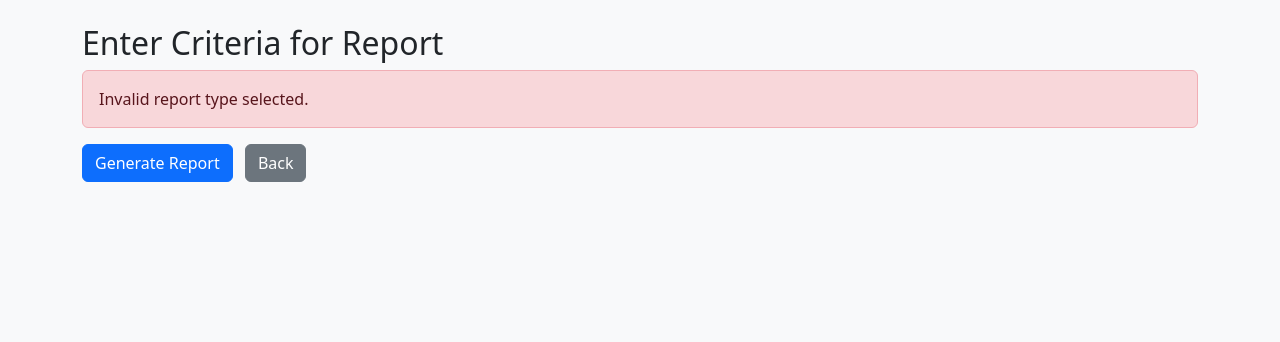
Repository: srushtinb/ProductManagementSystem
Page: http://localhost/ProductManagementSystem/report_form.jsp
The author's editor kept a copy of each file at every save. The page is drawn from the files as they stood at one save, then again after the next save.
The browser window is 1280 px wide. The pictures show the whole page.
Some web libraries are served in a nearby version. The page is served by Tomcat 9.

Above is the page before, as saved 2025-05-27 20:21:54.

After the next save:
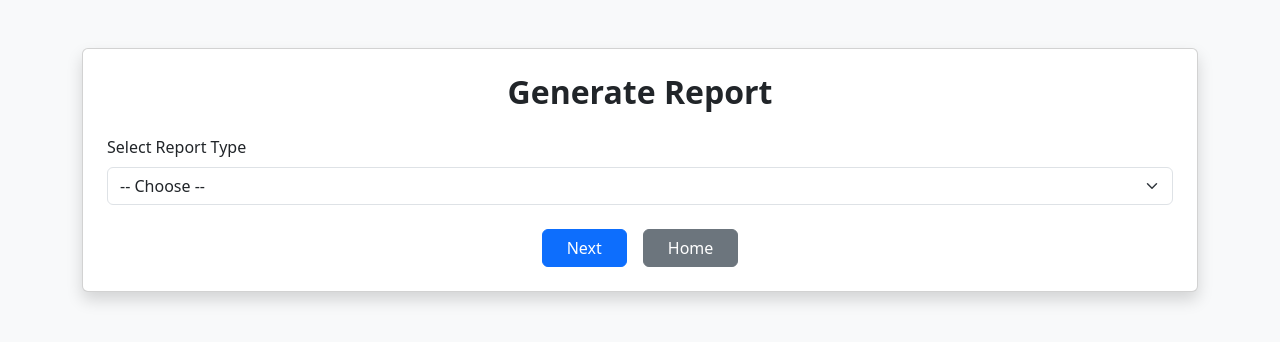
Saved 4 min 31 s later.
--- a/ProductManagementSystem/src/main/webapp/report_form.jsp
+++ b/ProductManagementSystem/src/main/webapp/report_form.jsp
@@ -1,52 +1,34 @@
 <%@ page contentType="text/html;charset=UTF-8" language="java" %>
-<%
-    String type = (String) request.getAttribute("type");
-%>
 <!DOCTYPE html>
 <html lang="en">
 <head>
-    <title>Report Criteria</title>
+    <meta charset="UTF-8">
+    <title>Reports</title>
     <link href="https://cdn.jsdelivr.net/npm/bootstrap@5.4.3/dist/css/bootstrap.min.css" rel="stylesheet">
 </head>
 <body class="bg-light">
-<div class="container py-4">
-    <h2>Enter Criteria for Report</h2>
-    <form action="ReportServlet" method="post" class="needs-validation" novalidate>
-        <input type="hidden" name="type" value="<%= type %>"/>
-        <%
-            if ("price".equals(type)) {
-        %>
+<div class="container py-5">
+    <div class="card shadow p-4">
+        <h2 class="text-center fw-bold mb-4">Generate Report</h2>
+
+        <form action="reportcriteria.jsp" method="post" class="needs-validation" novalidate>
             <div class="mb-3">
-                <label for="price" class="form-label">Price Greater Than ($)</label>
-                <input type="number" step="0.01" class="form-control" id="price" name="price" required min="0">
-                <div class="invalid-feedback">Please enter a valid price.</div>
+                <label for="type" class="form-label">Select Report Type</label>
+                <select class="form-select" id="type" name="type" required>
+                    <option value="">-- Choose --</option>
+                    <option value="price">Price > Given Value</option>
+                    <option value="category">By Category</option>
+                    <option value="top">Top N Products by Quantity</option>
+                </select>
+                <div class="invalid-feedback">Please select a report type.</div>
             </div>
-        <%
-            } else if ("category".equals(type)) {
-        %>
-            <div class="mb-3">
-                <label for="category" class="form-label">Category</label>
-                <input type="text" class="form-control" id="category" name="category" required maxlength="50">
-                <div class="invalid-feedback">Please enter category.</div>
+
+            <div class="d-flex justify-content-center mt-4">
+                <button type="submit" class="btn btn-primary px-4">Next</button>
+                <a href="home.jsp" class="btn btn-secondary ms-3 px-4">Home</a>
             </div>
-        <%
-            } else if ("top".equals(type)) {
-        %>
-            <div class="mb-3">
-                <label for="limit" class="form-label">Top N Products (Quantity)</label>
-                <input type="number" class="form-control" id="limit" name="limit" required min="1" max="100">
-                <div class="invalid-feedback">Please enter a valid number between 1 and 100.</div>
-            </div>
-        <%
-            } else {
-        %>
-            <div class="alert alert-danger">Invalid report type selected.</div>
-        <%
-            }
-        %>
-        <button type="submit" class="btn btn-primary">Generate Report</button>
-        <a href="reports.jsp" class="btn btn-secondary ms-2">Back</a>
-    </form>
+        </form>
+    </div>
 </div>
 
 <script>

After the save that followed:
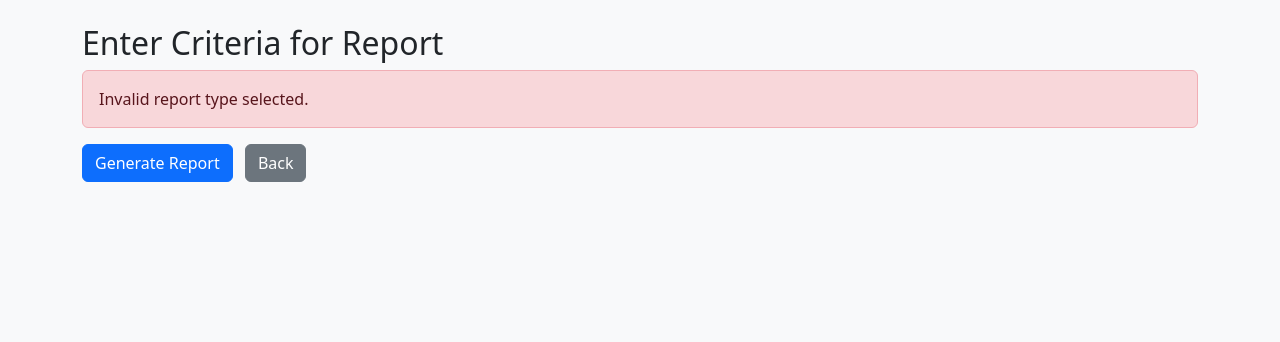
Saved 27 s later.
--- a/ProductManagementSystem/src/main/webapp/report_form.jsp
+++ b/ProductManagementSystem/src/main/webapp/report_form.jsp
@@ -1,34 +1,52 @@
 <%@ page contentType="text/html;charset=UTF-8" language="java" %>
+<%
+    String type = (String) request.getAttribute("type");
+%>
 <!DOCTYPE html>
 <html lang="en">
 <head>
-    <meta charset="UTF-8">
-    <title>Reports</title>
+    <title>Report Criteria</title>
     <link href="https://cdn.jsdelivr.net/npm/bootstrap@5.4.3/dist/css/bootstrap.min.css" rel="stylesheet">
 </head>
 <body class="bg-light">
-<div class="container py-5">
-    <div class="card shadow p-4">
-        <h2 class="text-center fw-bold mb-4">Generate Report</h2>
-
-        <form action="reportcriteria.jsp" method="post" class="needs-validation" novalidate>
+<div class="container py-4">
+    <h2>Enter Criteria for Report</h2>
+    <form action="ReportServlet" method="post" class="needs-validation" novalidate>
+        <input type="hidden" name="type" value="<%= type %>"/>
+        <%
+            if ("price".equals(type)) {
+        %>
             <div class="mb-3">
-                <label for="type" class="form-label">Select Report Type</label>
-                <select class="form-select" id="type" name="type" required>
-                    <option value="">-- Choose --</option>
-                    <option value="price">Price > Given Value</option>
-                    <option value="category">By Category</option>
-                    <option value="top">Top N Products by Quantity</option>
-                </select>
-                <div class="invalid-feedback">Please select a report type.</div>
+                <label for="price" class="form-label">Price Greater Than ($)</label>
+                <input type="number" step="0.01" class="form-control" id="price" name="price" required min="0">
+                <div class="invalid-feedback">Please enter a valid price.</div>
             </div>
-
-            <div class="d-flex justify-content-center mt-4">
-                <button type="submit" class="btn btn-primary px-4">Next</button>
-                <a href="home.jsp" class="btn btn-secondary ms-3 px-4">Home</a>
+        <%
+            } else if ("category".equals(type)) {
+        %>
+            <div class="mb-3">
+                <label for="category" class="form-label">Category</label>
+                <input type="text" class="form-control" id="category" name="category" required maxlength="50">
+                <div class="invalid-feedback">Please enter category.</div>
             </div>
-        </form>
-    </div>
+        <%
+            } else if ("top".equals(type)) {
+        %>
+            <div class="mb-3">
+                <label for="limit" class="form-label">Top N Products (Quantity)</label>
+                <input type="number" class="form-control" id="limit" name="limit" required min="1" max="100">
+                <div class="invalid-feedback">Please enter a valid number between 1 and 100.</div>
+            </div>
+        <%
+            } else {
+        %>
+            <div class="alert alert-danger">Invalid report type selected.</div>
+        <%
+            }
+        %>
+        <button type="submit" class="btn btn-primary">Generate Report</button>
+        <a href="reports.jsp" class="btn btn-secondary ms-2">Back</a>
+    </form>
 </div>
 
 <script>
